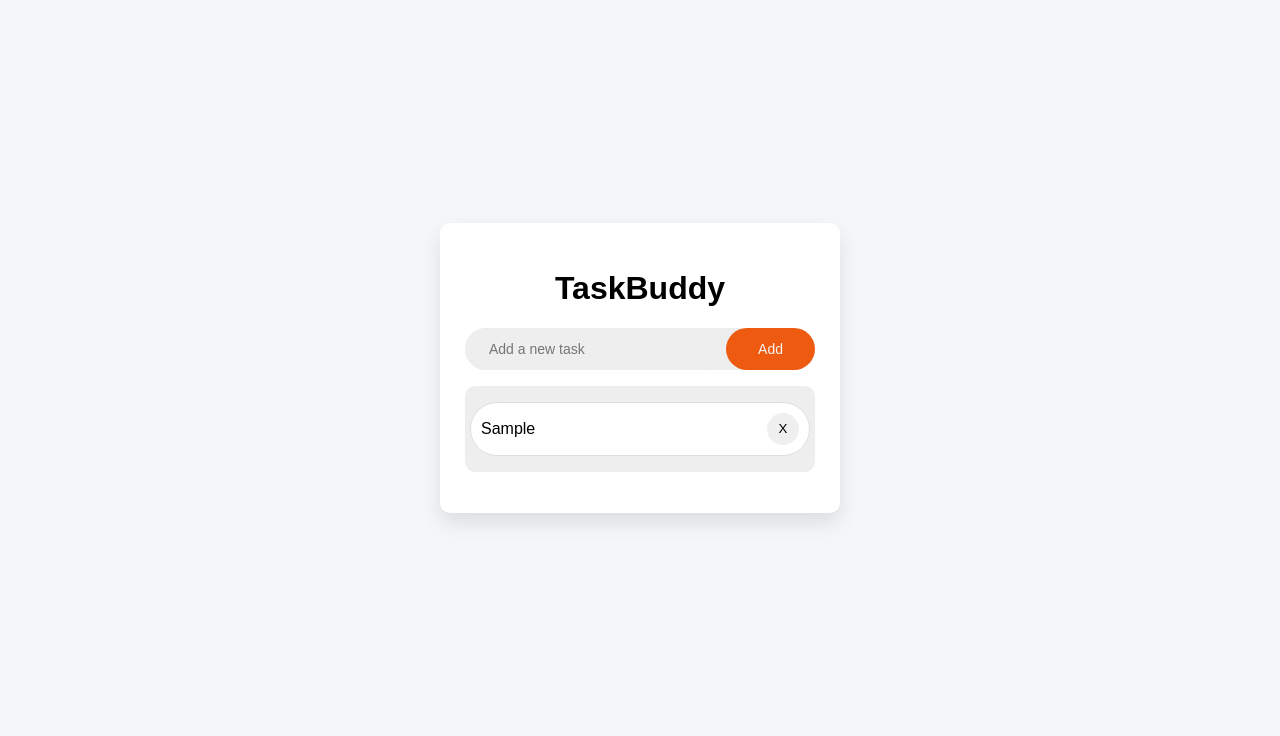
Repository: yogeshnandwani/taskbuddy-todo
Page: index.html
These files come from the project's save history. The page is drawn as it stood at one moment and after the next save; the edit follows.
The browser window is 1280 px wide. The pictures show the whole page.
Empty fields were first filled with sample values (such as "Sample", 5 or name@example.com).
After loading, the first visible `#addBtn` was clicked once.

Above is the page before, as saved 2026-03-16 18:09:05.

After the next save:
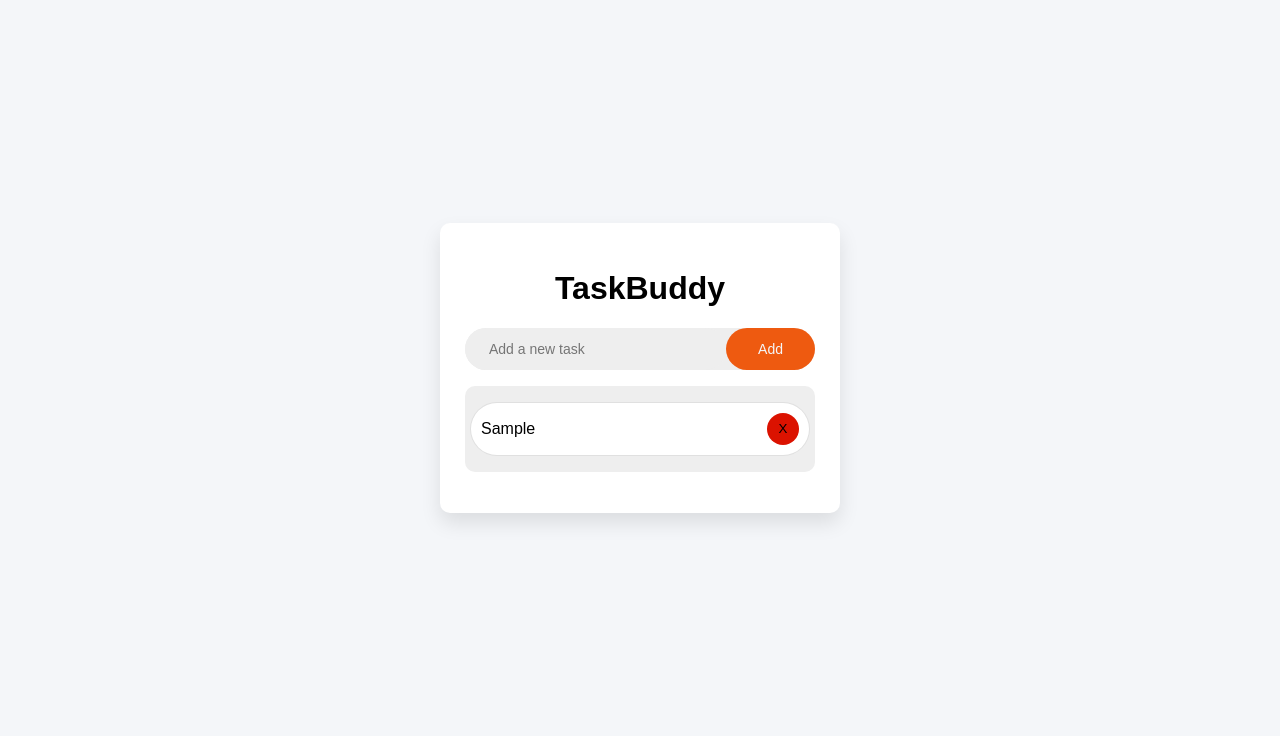
Saved 11 s later.
--- a/css/style.css
+++ b/css/style.css
@@ -78,4 +78,5 @@ li .delete{
     height: 2rem;
     border: none;
     border-radius: 1rem;
+    background-color: #db1200;
 }
